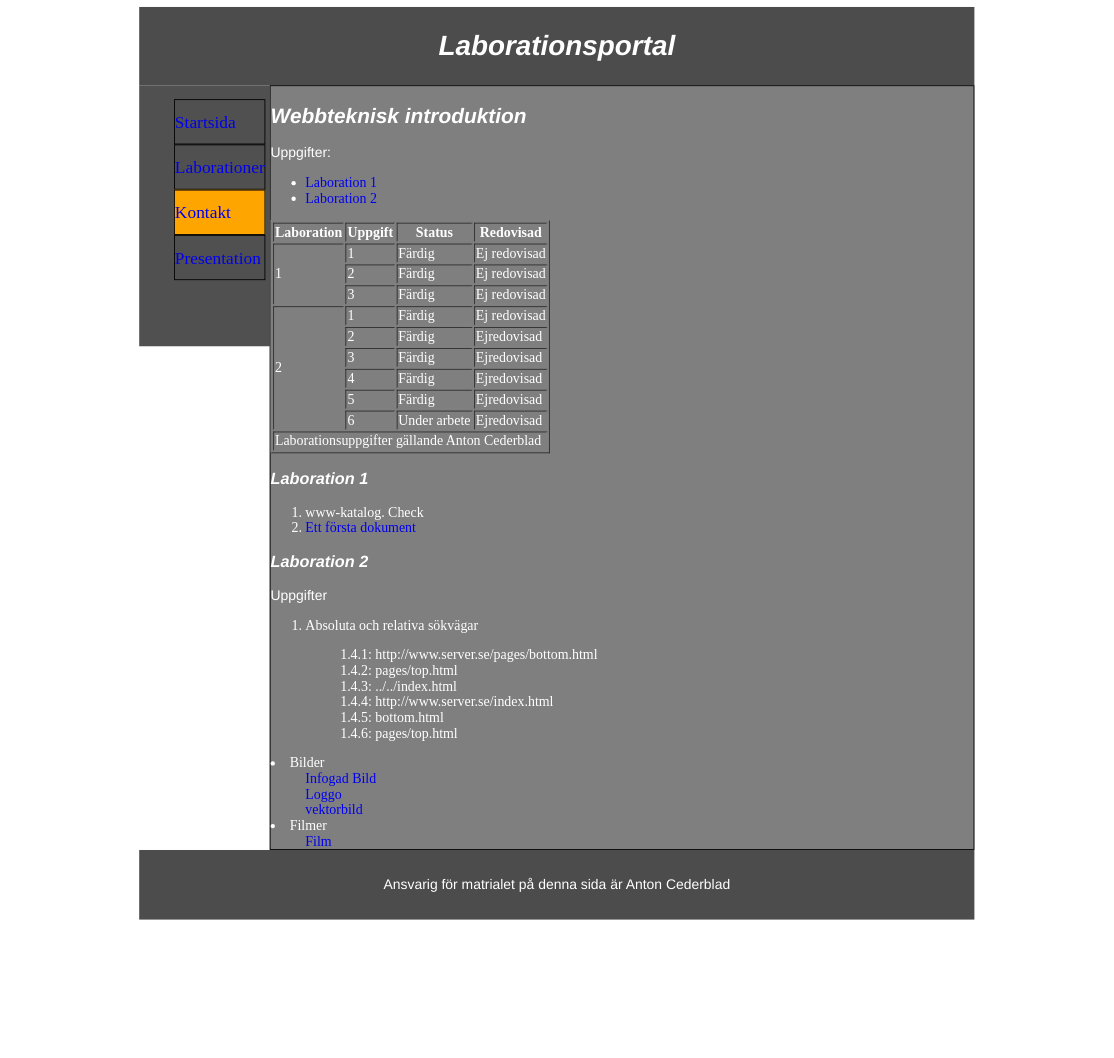
Repository: ac222jv/1IK415-Laborationer
Page: Pages/Laborationer.html
The author's editor kept a record of every edit. The page is drawn from the files as they stood at one moment, then again after the next edit.
The browser window is 1280 px wide. The pictures show the whole page, at 87% of full size.

Above is the page before.

### Pages/Laborationer.html
<!DOCTYPE html>
<html>
    <head>
        <meta charset="UTF-8" />
        <title> Laborationsportal</title>
        <link rel="stylesheet" href="../css/pics/Style.css"/>
    </head>

        <body>
           <div id="container">
           <div id="headpress">
                <h1>Laborationsportal</h1>
            </div>
            <div id="navipress">
                <ul class="sidemenu">
                    <li>
                        <a href="../index.html"> Startsida </a>
                    </li>

                    <li>
                        <a href="Laborationer.html"> Laborationer </a>
                    </li>

                    <li>
                        <a href="Kontakt.html"class="active"> Kontakt </a>
                    </li>

                    <li>
                        <a href="Presentation.html"> Presentation </a>
                    </li>
                </ul>
            </div>
            <div id="contentpress">
                    <h2>Webbteknisk introduktion</h2>

                    <p>Uppgifter:</p>

                    <ul>
                        <li>
                            <a href="#laboration1"> Laboration 1 </a>
                        </li>

                        <li>
                            <a href="#laboration2"> Laboration 2 </a>
                        </li>
                    </ul>


                    <table border="1">

                        <thead>
                            <tr>
                                <th>Laboration</th>
                                <th>Uppgift</th>
                                <th>Status</th>
                                <th>Redovisad</th>
                            </tr>

                       </thead>


                       <tfoot>
                           <td colspan="4"> Laborationsuppgifter gällande Anton Cederblad
                       </tfoot>

                        <tbody>
                            <tr>
                                <td rowspan="3">1

                                <td>1</td>

                                <td>Färdig</td>
                                <td>Ej redovisad</td>
                             </tr>

                            <tr>
                                 <td>2</td>
                                 <td>Färdig</td>
                                 <td>Ej redovisad</td>
                            </tr>

                            <tr>
                                 <td>3</td>
                                 <td>Färdig</td>
                                 <td>Ej redovisad</td>
                             </tr>

                            <tr>
                            <td rowspan="6">2
                                <td>1</td>
                                <td>Färdig</td>
                                <td>Ej redovisad</td>
                            </tr>

                            <tr>
                                <td>2</td>
                                <td>Färdig</td>
                                <td>Ejredovisad</td>
                            </tr>
                            <tr>
                                <td>3</td>
                                <td>Färdig</td>
                                <td>Ejredovisad</td>
                            </tr>

                             <tr>
                                <td>4</td>
                                <td>Färdig</td>
                                <td>Ejredovisad</td>
                            </tr>
                            <tr>
                                <td>5</td>
                                <td>Färdig</td>
                                <td>Ejredovisad</td>
                            </tr>
                            <tr>
                                <td>6</td>
                                <td>Under arbete</td>
                                <td>Ejredovisad</td>
                            </tr>
                        </tbody>
                    </table>

                    <h3 id="laboration1"> Laboration 1 </h3>

                    <ol>
                        <li>www-katalog. Check</li>
                        <li>
                        <a href="Presentation.html"> Ett första dokument </a>
                        </li>
                    </ol>

                    <h3 id="laboration2"> Laboration 2 </h3>

                    <p>Uppgifter</p>

                    <ol>
                        <li>Absoluta och relativa sökvägar</li>



                        <dl>
                           <dd>1.4.1: http://www.server.se/pages/bottom.html</dd>

                           <dd>1.4.2: pages/top.html</dd>

                           <dd> 1.4.3: ../../index.html</dd>

                           <dd> 1.4.4: http://www.server.se/index.html</dd>

                           <dd> 1.4.5: bottom.html</dd>

                           <dd> 1.4.6: pages/top.html</dd>

                        </dl>
                    </ol>

                    <ol2>
                        <li>Bilder</li>
                            <dd>
                                <a href="Presentation.html#MinBild"> Infogad Bild </a>
                            </dd>
                            <dd>
                                <a href=../Pics/Loggo.png> Loggo </a>
                            </dd>
                            <dd>
                                <a href="Presentation.html#svg_1">vektorbild</a>
                            </dd>
                    </ol2>
                    <ol3>
                        <li>Filmer</li>
                             <dd>
                                <a href="Presentation.html#BunnyVideo"> Film </a>
                            </dd>
                    </ol3>
                </div>

                <div id="foot">
                    <P>Ansvarig för matrialet på denna sida är Anton Cederblad </P>
                </div>

            </div>
        </body>

</html>

### css/pics/Style.css
/*Layout*/
#container{
    width:80%;
    margin:0 auto;
    max-width:960px;
    height:100%;
    min-height:1200px;
}

#head {
   background-color:rgba(0, 0, 0, 0.8);
    color:white;
    text-align:center;
    padding:0px;
}


#navipress{
    line-height:30px;
    background-color:#505050;
    height:300px;
    width:150px;
    float:left;
}

#content {
    width:400px;
    float:left;
    padding:10px;
    height:100%;
}
#contentpress{
    float:left;
    width:808px;
    border:1px solid black;
    background-color: rgba(0, 0, 0, 0.5);
}

#headpress{
     background-color:rgba(0, 0, 0, 0.7);
     color:white;
     text-align:center;
     padding:5px;
}

#foot {
    background-color:rgba(0, 0, 0, 0.7);
    color:white;
    clear:both;
    text-align:center;
    padding:15px;
}

ul.sidemenu{
    float:left;
    margin-left:0;
    display:block;
}

ul.sidemenu a {
    display: block;
    font-size:20px;
    line-height: 50px;
    border: 1px solid black;
    margin-left:0;
}

ul.sidemenu li{
    list-style-type:none;
}

a {
    text-decoration:none;
}

ul.sidemenu a:visited {
    color:black;

}

ul.sidemenu a:hover {
   background-color:black;
   color:white;
}

.active {
    background-color:orange;
}


.clear {
    clear:both;
    float:none;
}

.apa{
    height:200px;
    width:350px;
    float:right;
}
.Anton{
    float:right;
    height:400px;
    width:200px;
    border:2px solid gray;
}

#blogginl{
    border:2px solid white;
}

#tabell{
    background-color:white;
    color:black;
    width:324px;
}

/*typografi*/
body{
    color:white;
}
p {
    font-family:Helvetica, arial, sans-serif;
    color:white;

}

h1, h2, h3{
    font-family:helvetica;
    font-style:italic;
    color:white;
}


/*bakgrund*/
#html {
     background: url(../../Pics/bakgrundsbild.jpeg) no-repeat center center fixed;
  -webkit-background-size: cover;
  -moz-background-size: cover;
  -o-background-size: cover;
  background-size: cover;

}

After the next edit:
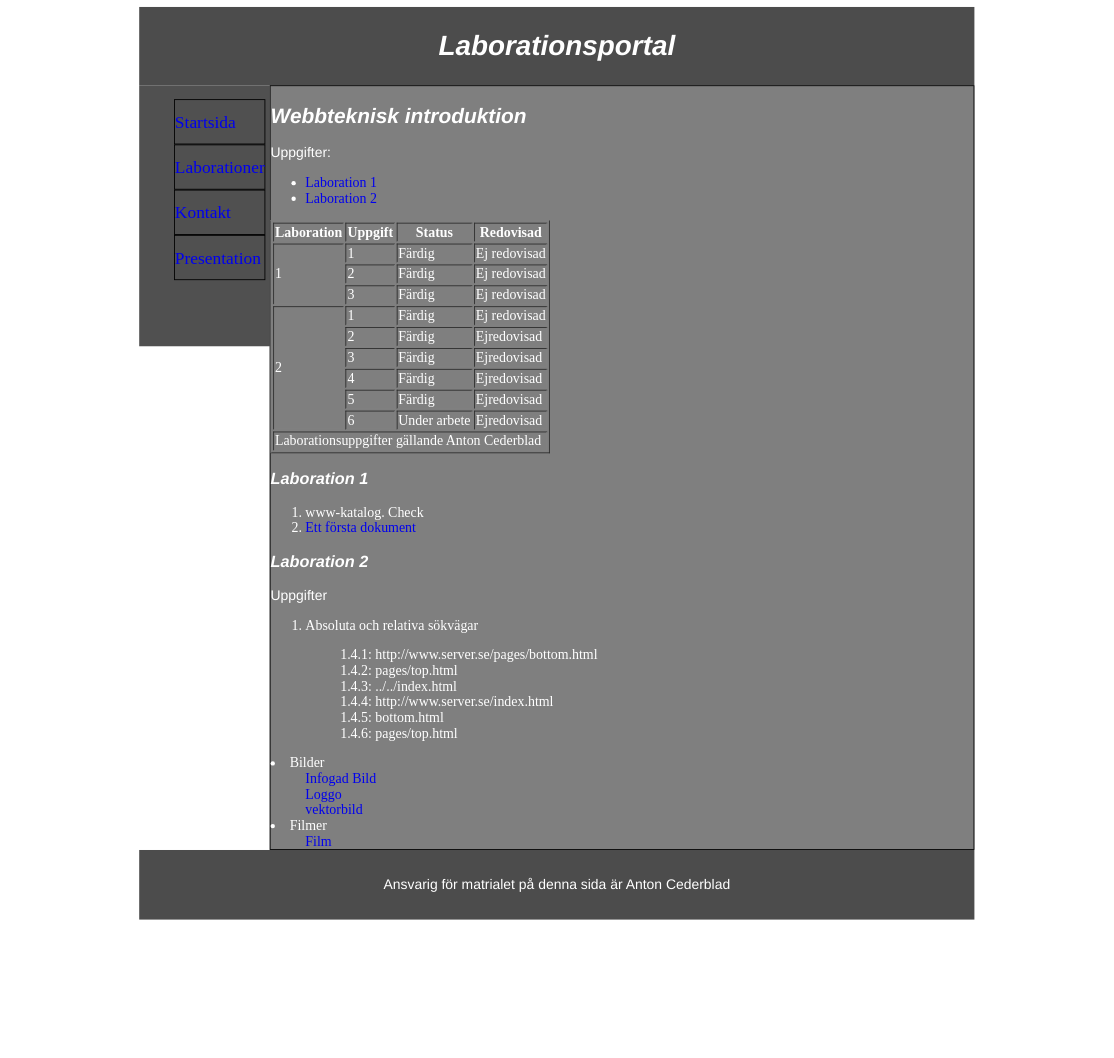
The edit:
--- a/Pages/Laborationer.html
+++ b/Pages/Laborationer.html
@@ -22,7 +22,7 @@
                     </li>
 
                     <li>
-                        <a href="Kontakt.html"class="active"> Kontakt </a>
+                        <a href="Kontakt.html"> Kontakt </a>
                     </li>
 
                     <li>
